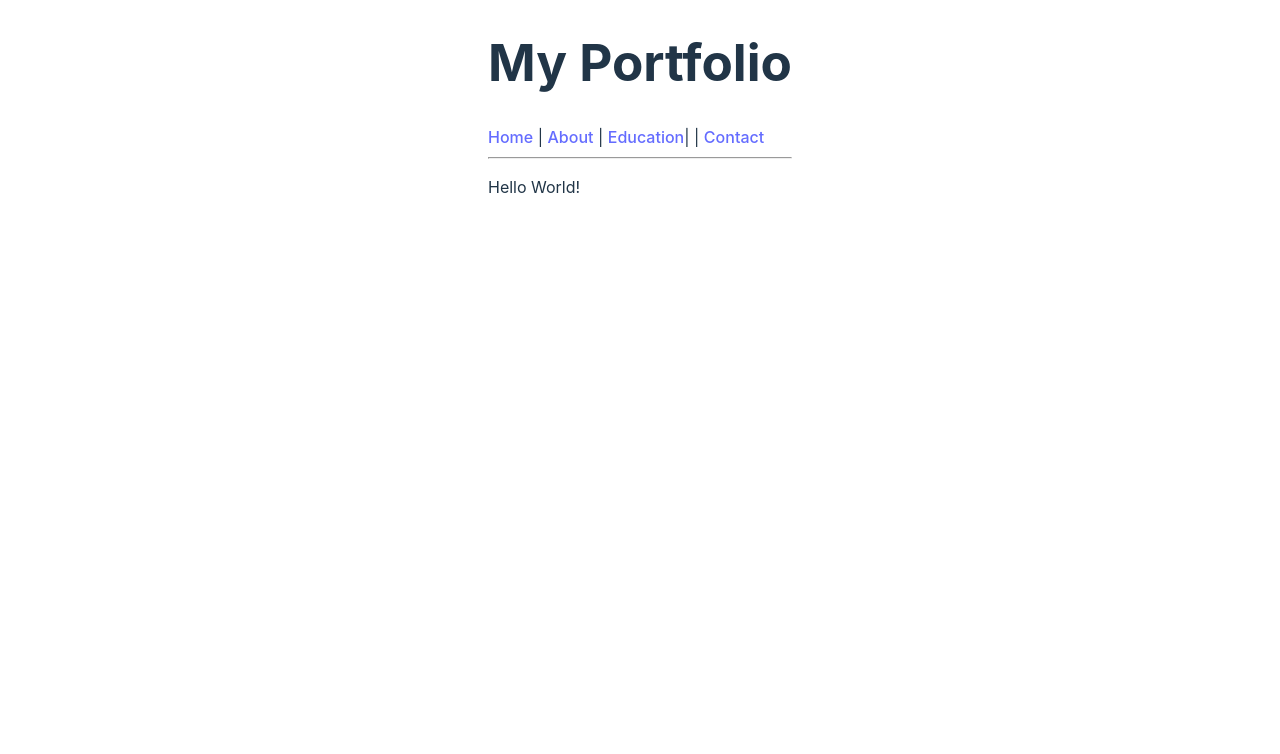
Repository: Viditv68/VIditRawat_Portfolio.github.io
Page: / (app in client/)
The author's editor kept a copy of each file at every save. The page is drawn from the files as they stood at one save, then again after the next save.
The browser window is 1280 px wide. The pictures show the whole page.
The project was rebuilt for these pictures with package versions that can differ from the ones it lists, and the page was loaded fresh each time. Also part of the build but not shown: client/vite.config.js, client/src/about.jsx, client/src/contact.jsx, client/src/education.jsx, client/src/project.jsx.

Above is the page before, as saved 2023-12-16 12:25:14.

After the next save:
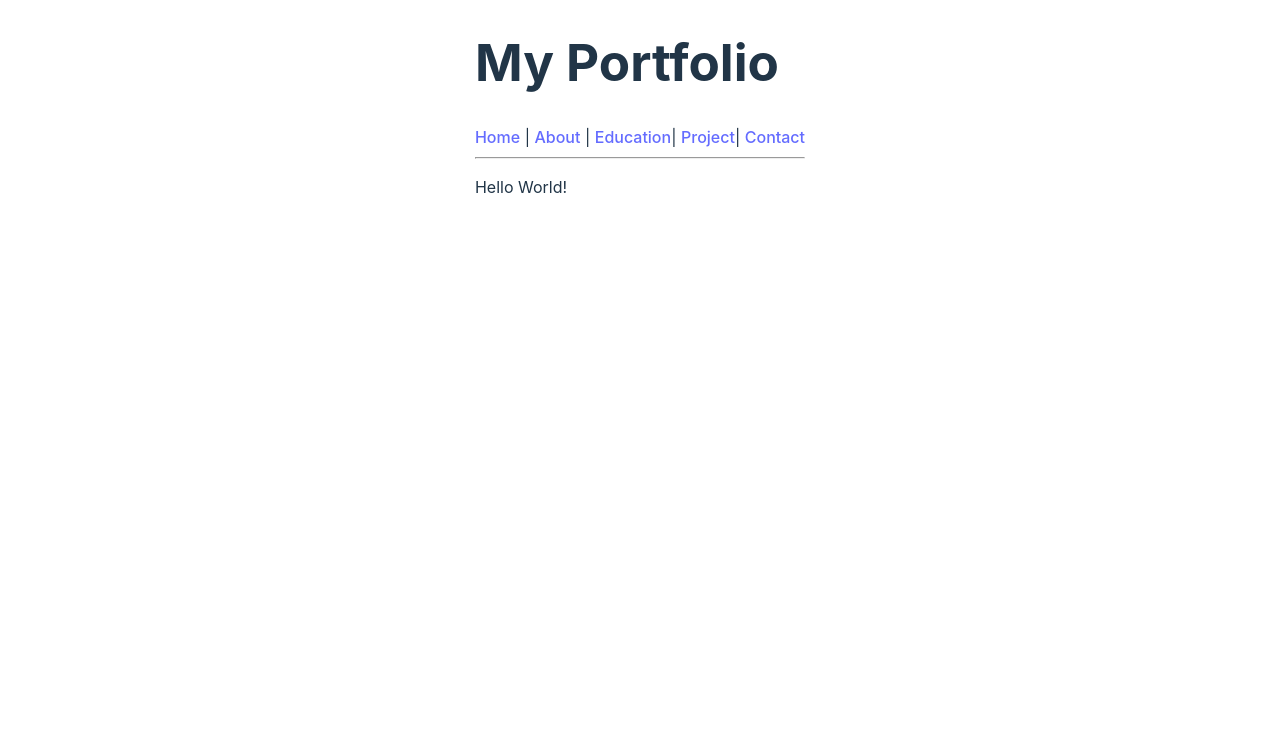
Saved 4 s later.
--- a/client/components/layout.jsx
+++ b/client/components/layout.jsx
@@ -6,7 +6,7 @@ export default function Layout() {
     <>
       <h1>My Portfolio</h1>
       <nav>
-        <Link to="/">Home</Link> | <Link to="/about">About</Link> | <Link to="/education">Education</Link>| <Link to="/project"></Link>| <Link to="/contact">Contact</Link>
+        <Link to="/">Home</Link> | <Link to="/about">About</Link> | <Link to="/education">Education</Link>| <Link to="/project">Project</Link>| <Link to="/contact">Contact</Link>
       </nav>
       <hr />
 
